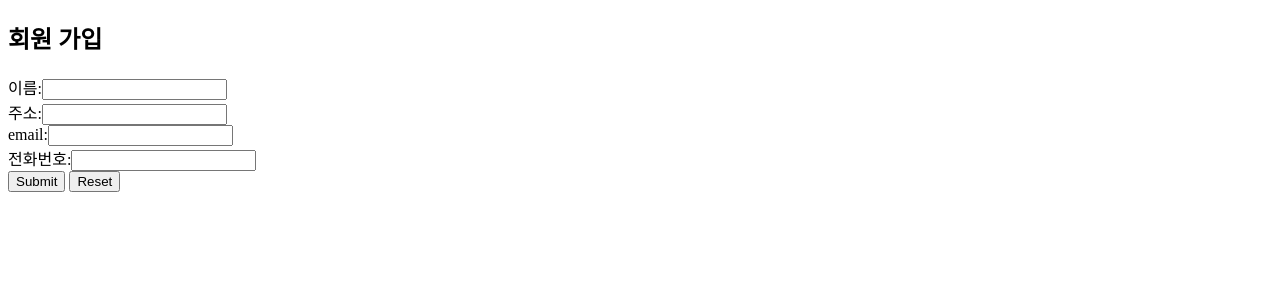
Repository: kdh2212/KDT_code
Page: http://localhost/20250804Web/regMemberForm.jsp
These files come from the project's save history. The page is drawn as it stood at one moment and after the next save; the edit follows.
The browser window is 1280 px wide. The pictures show the whole page.
The page is served by Tomcat 9. Other server files are loaded and not shown.

Above is the page before, as saved 2025-08-04 06:22:03.

### 20250804Web/src/main/webapp/regMemberForm.jsp
<%@ page language="java" contentType="text/html; charset=UTF-8"
    pageEncoding="UTF-8"%>
<!DOCTYPE html>
<html>
<head>
<meta charset="UTF-8">
<title>Insert title here</title>
</head>
<body>
<h2>회원 가입</h2>
<from action="">
이름:<input type="text"/><br/>
주소:<input type="text"/><br/>
email:<input type="text"/><br/>
전화번호:<input type="text"/><br/>
<input type= "submit"/>
<input type="reset"/>
</from>
</body>
</html>

After the next save:
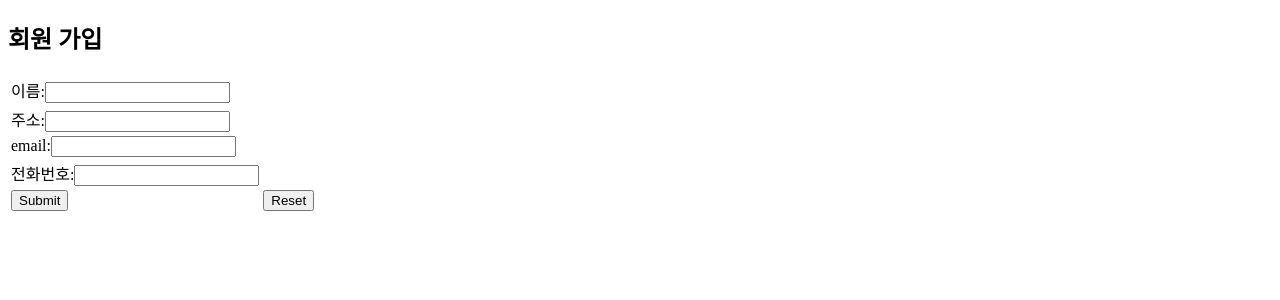
Saved 2 min 16 s later.
--- a/20250804Web/src/main/webapp/regMemberForm.jsp
+++ b/20250804Web/src/main/webapp/regMemberForm.jsp
@@ -8,13 +8,15 @@
 </head>
 <body>
 <h2>회원 가입</h2>
+<table>
 <from action="">
-이름:<input type="text"/><br/>
-주소:<input type="text"/><br/>
-email:<input type="text"/><br/>
-전화번호:<input type="text"/><br/>
-<input type= "submit"/>
-<input type="reset"/>
+<tr><td>이름:<input type="text"/></td></tr>
+<tr><td>주소:<input type="text"/></td></tr>
+<tr><td>email:<input type="text"/></td></tr>
+<tr><td>전화번호:<input type="text"/></td></tr>
+<tr><td><input type= "submit"/></td>
+<td><input type="reset"/></td></tr>
 </from>
+</table>
 </body>
 </html>
